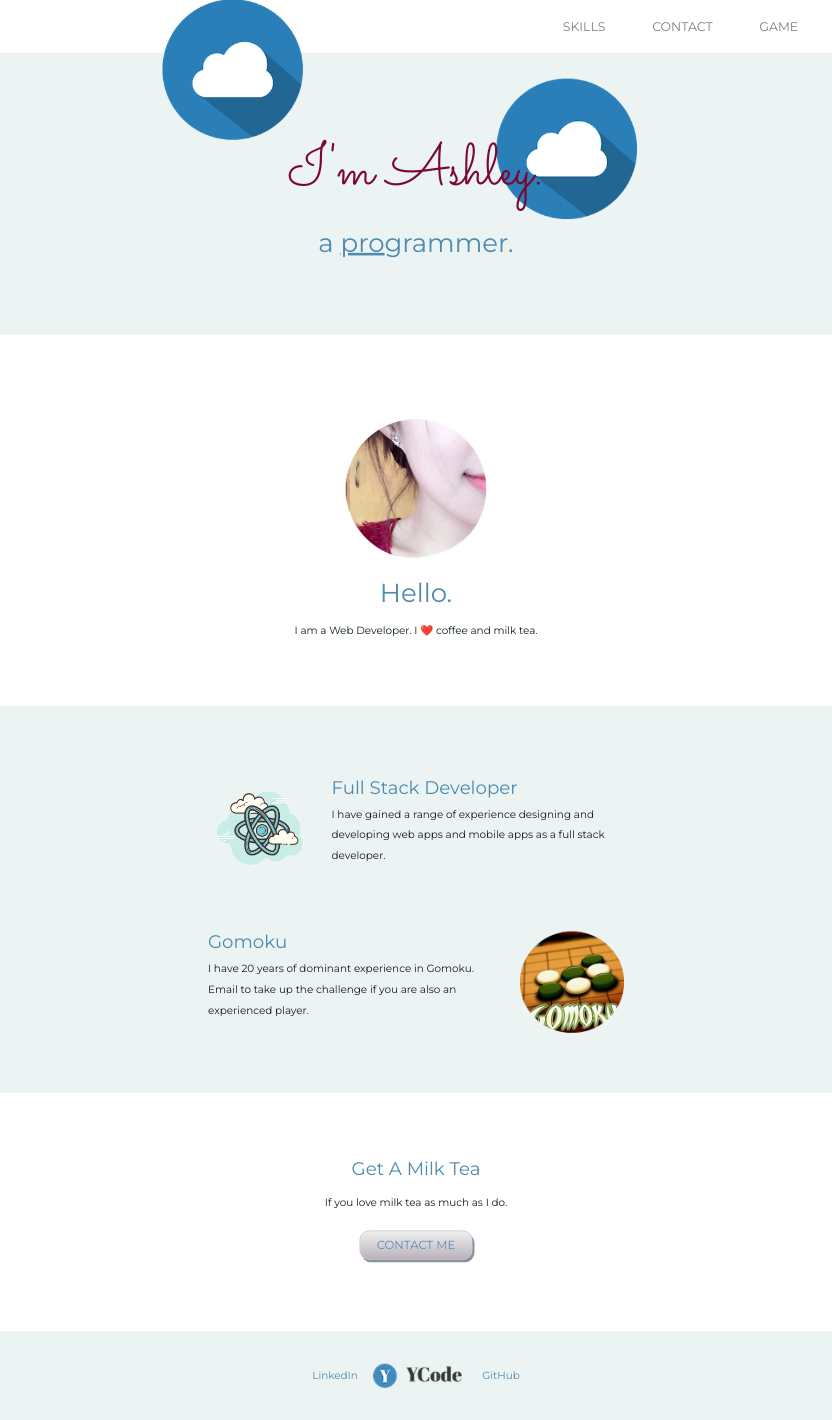
Repository: nosugarpls/YCode-my-website
Page: index.html
An editor plug-in stored every save of this project. The page is shown before and after the next save, followed by the edit.
The browser window is 1280 px wide. The pictures show the whole page, at 65% of full size.

Above is the page before, as saved 2020-09-25 11:20:07.

After the next save:
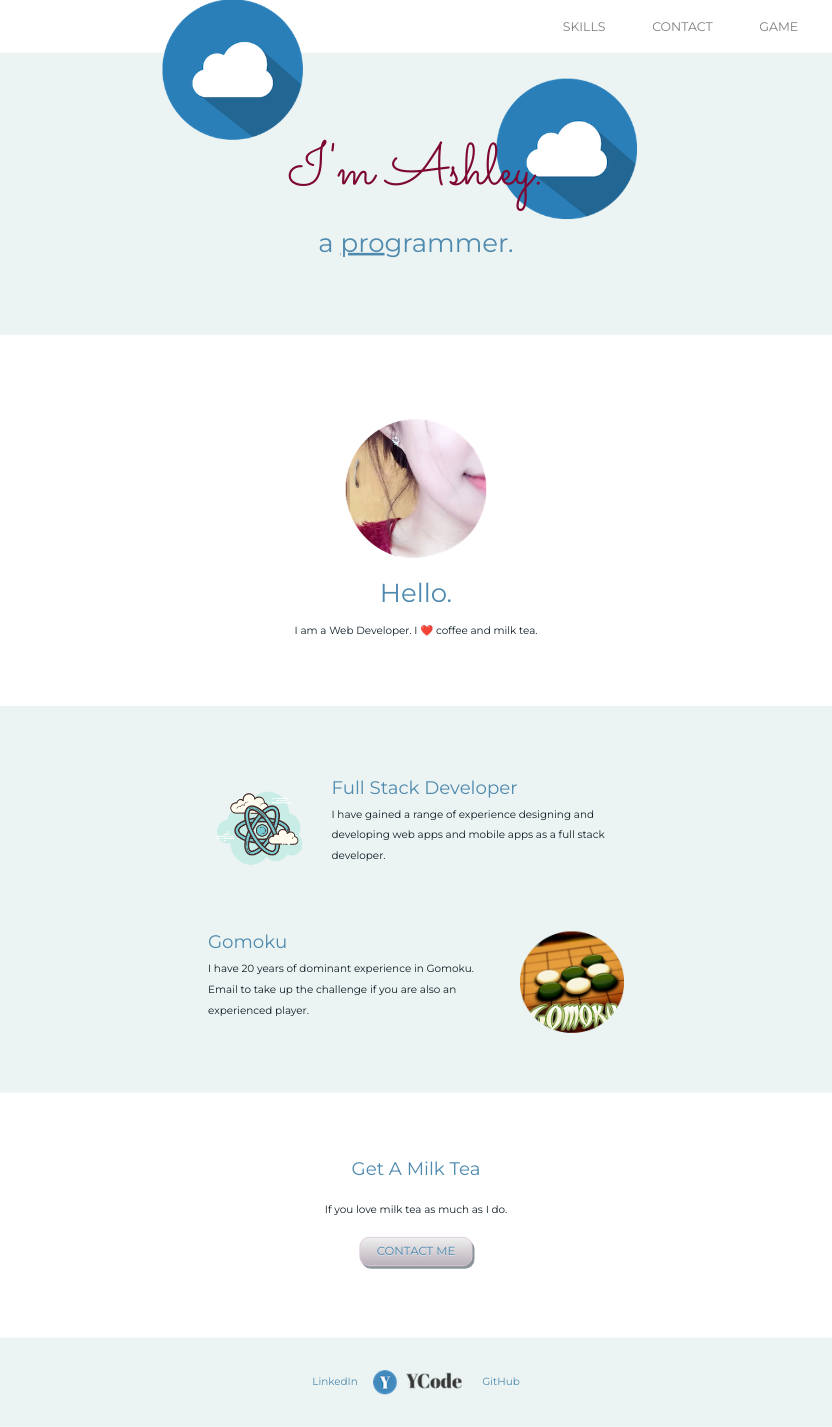
Saved 75 s later.
--- a/css/styles.css
+++ b/css/styles.css
@@ -119,8 +119,8 @@ a {
 }
 
 .contact-message {
-  margin-top: 20px;
-  margin-bottom: 20px;
+  margin-top: 30px;
+  margin-bottom: 30px;
 }
 
 .btn {
